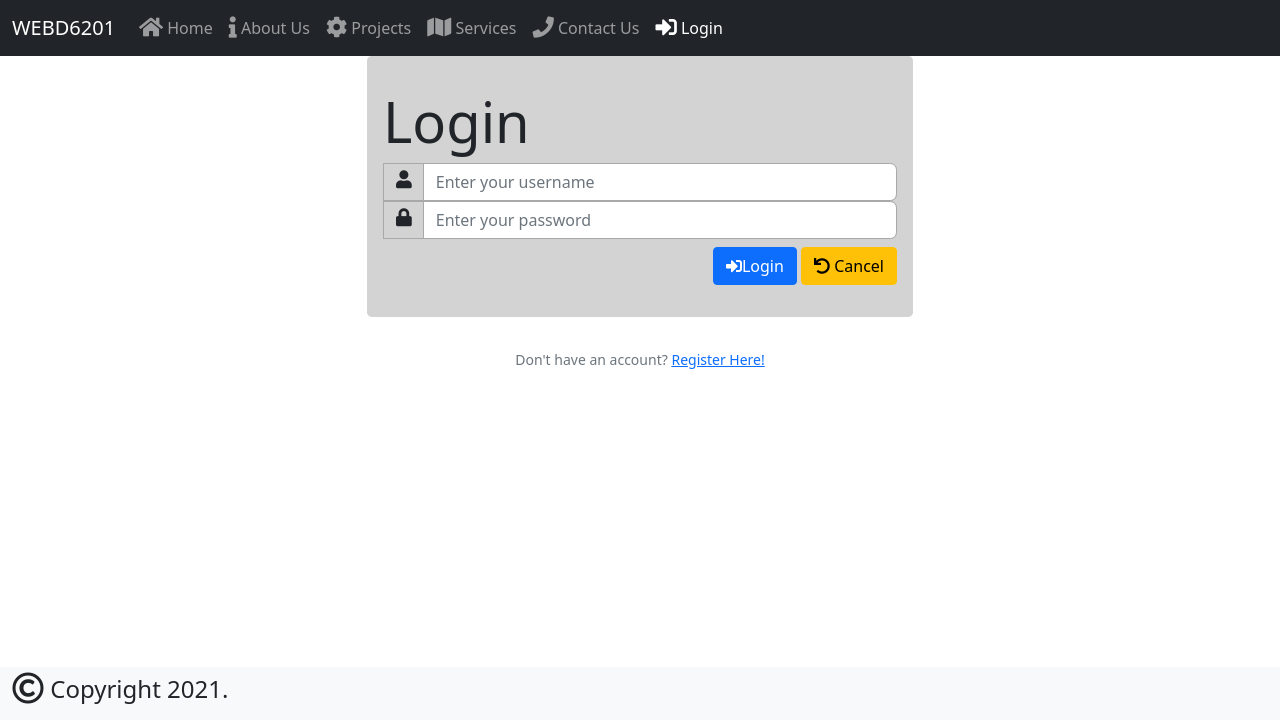
Repository: aphim/webd6201ICE6
Page: Views/content/login.html
An editor plug-in stored every save of this project. The page is shown before and after the next save, followed by the edit.
The browser window is 1280 px wide. The pictures show the whole page.

Above is the page before, as saved 2021-03-03 09:01:21.

### Views/content/login.html
<!DOCTYPE html>
<html lang="en">
<head>
    <meta charset="UTF-8">
    <meta name="viewport" content="width=device-width, initial-scale=1.0">
    <title>Login</title>
    <!-- CSS Section -->
    <link rel="stylesheet" href="./node_modules/bootstrap/dist/css/bootstrap.min.css">
    <link rel="stylesheet" href="./node_modules/@fortawesome/fontawesome-free/css/all.min.css">
    <link rel="stylesheet" href="./Content/app.css">

      <!--check is user is already logged in-->
    <script src="./Scripts/isLoggedin.js"></script>
</head>
<body>
    <!-- Main Header -->
    <header>
        <!-- Main Navigation -->
        <nav class="navbar navbar-expand-lg navbar-dark bg-dark">
            <div class="container-fluid">
              <a class="navbar-brand" href="index.html">WEBD6201</a>
              <button class="navbar-toggler" type="button" data-bs-toggle="collapse" data-bs-target="#navbarSupportedContent" aria-controls="navbarSupportedContent" aria-expanded="false" aria-label="Toggle navigation">
                <span class="navbar-toggler-icon"></span>
              </button>
              <div class="collapse navbar-collapse" id="navbarSupportedContent">
                <ul class="navbar-nav me-auto mb-2 mb-lg-0">
                  <li class="nav-item">
                    <a class="nav-link" aria-current="page" href="index.html"><i class="fas fa-home fa-lg"></i> Home</a>
                  </li>

                  <li class="nav-item">
                    <a class="nav-link" aria-current="page" href="about.html"><i class="fas fa-info fa-lg"></i> About Us</a>
                  </li>

                  <li class="nav-item">
                    <a class="nav-link" aria-current="page" href="projects.html"><i class="fas fa-cog fa-lg"></i> Projects</a>
                  </li>

                  <li class="nav-item">
                    <a class="nav-link" aria-current="page" href="services.html"><i class="fas fa-map fa-lg"></i> Services</a>
                  </li>

                  <li class="nav-item">
                    <a class="nav-link" aria-current="page" href="contact.html"><i class="fas fa-phone fa-lg"></i> Contact Us</a>
                  </li>
                  <li id="login" class="nav-item">
                    <a class="nav-link active" aria-current="page" href="login.html"><i class="fas fa-sign-in-alt fa-lg"></i> Login</a>
                  </li>
                </ul>
              </div>
            </div>
          </nav>
    </header>

    <!-- Main Content -->
    <main class="container" id="mainContent">
      <div class="row">
          <div class="offset-md-3 col-md-6 col-sm-12">
                <div class="login" id="contentArea">
                    <h1 class="display-4">Login</h1>
                    <div id="messageArea"></div>

                    <form id="loginForm" novalidate>
                      <div class="form-group">
                        <div class="input-group">
                          <span class="input-group-addon">
                            <i class="fa fa-user">
                            </i>
                          </span>
                          <input type="text" class="form-control" id="username" name="username"  required
                          value="" placeholder="Enter your username">
                        </div>

                      </div>

                      <div class="form-group mb-2">
                        <div class="input-group">
                          <span class="input-group-addon">
                            <i class="fa fa-lock">
                            </i>
                          </span>
                          <input type="password" class="form-control" id="password" name="password"  required
                          value="" placeholder="Enter your password">
                        </div>

                      </div>
                      <div class="text-end">
                        <button id="loginButton" type="button" class="btn btn-primary"><i class="fas fa-sign-in-alt"></i>Login</button>
                        <button id="cancelButton" type="button" class="btn btn-warning"><i class="fas fa-undo"></i> Cancel</button>
                      </div>
                    </form>

                </div>
                <p class="text-center text-muted small">
                  Don't have an account?
                  <a href="register.html">Register Here!</a>
                </p>
          </div>
      </div>
  </main>

    <!-- Main Footer -->
    <footer>
        <nav class="navbar fixed-bottom navbar-light bg-light">
            <div class="container-fluid">
              <h4><i class="far fa-copyright fa-lg"></i> Copyright 2021.</h4>
            </div>
          </nav>
    </footer>

    <!-- Script Section-->
    <script src="./node_modules/jquery/dist/jquery.min.js"></script>
    <script src="./node_modules/bootstrap/dist/js/bootstrap.bundle.min.js"></script>

    <script src="./Scripts/namespace.js"></script>
    <script src="./Scripts/user.js"></script>
    <script src="./Scripts/app.js"></script>
</body>
</html>

### Content/app.css
/* custom css goes here */
.input-group-addon:first-child
{
    border-right: 0;
}

.input-group-addon
{
    padding: 6px 12px;
    font-size: 14px;
    font-weight: 400;
    line-height: 1;
    text-align: center;
    border: 1px solid darkgrey;
    border-radius: 4xpx;
}

.input-group-addon .fa
{
    font-size: 18px;
}

.input-group .form-control
{
    position:relative;
    z-index: 2;
    float:left;
    margin-bottom: 0;
}

.input-group .form-control:last-child
{
    border-top-left-radius: 0;
    border-bottom-left-radius: 0;
}



.login
{
    padding: 2rem 1rem;
    margin-bottom: 2rem;
    background-color: lightgrey;
    border-radius: .3rem;
}

.login input
{
    background-color: white;
    border-color: darkgrey;
    border-radius: .4em;
    width: 100%;
}

### Scripts/isLoggedin.js
"use strict";

(() =>{

    //check if the user is logged in
    if(sessionStorage.getItem("user"))
    {
        //redirect
        location.href = "contact-list.html";
    }
})();

### Scripts/namespace.js

//namespace core
let core;

### Scripts/user.js
"use strict";
// User Class

((core)=>{
  class User {
    // getters and setters
    get DisplayName()
    {
      return this.m_displayName;
    }

    set DisplayName(value)
    {
      this.m_displayName = value;
    }

    get EmailAddress()
    {
      return this.m_emailAddress;
    }

    set EmailAddress(value)
    {
      this.m_emailAddress = value;
    }

    get Username()
    {
      return this.m_username;
    }

    set Username(value)
    {
      this.m_username = value;
    }

    get Password()
    {
      return this.m_password;
    }

    set Password(value)
    {
      this.m_password = value;
    }

    // constructor

    /**
     * Creates an instance of User
     * @param {*} [displayName=""]
     * @param {*} [emailAddress=""]
     * @param {*} [username=""]
     * @param {*} [password=""]
     */
    constructor(displayName = "",  emailAddress = "", username = "", password = "")
    {
      this.DisplayName = displayName;
      this.EmailAddress = emailAddress;
      this.Username = username;
      this.Password = password;
    }

    // methods

    /**
     * This method overrides the built-in toString method for the User class
     *
     * @returns {string}
     */
    toString()
    {
      return `Display Name     : ${this.DisplayName} \nEmail Address : ${this.EmailAddress} \nUsername : ${this.Username}`;
    }

    /**
     * This method returns a JSON object made up of the properties of the User class
     *
     * @returns {Object}
     */
    toJSON()
    {
      return {
        "DisplayName": this.DisplayName,
        "EmailAddress": this.EmailAddress,
        "Username": this.Username
      }
    }

    /**
     * This method user a JSON user into a data object
     * @param {object} data
     */
    fromJSON(data)
    {
      this.DisplayName = data.DisplayName;
      this.EmailAddress = data.EmailAddress;
      this.Username = data.Username;
      this.Password = data.Password;
    }

    /**
     * This method converts the User into a comma-separated value string
     *
     * @returns {string}
     */
    serialize()
    {
      if(this.DisplayName !== "" && this.EmailAddress !== "" && this.Username !== "")
      {
        return `${this.DisplayName},${this.EmailAddress},${this.Username}`;
      }
      else
      {
        console.error("One or more properties of the User is empty");
        return null;
      }
    }

    /**
     * This method takes a comma-separated data string and assigns the values to the User class properties
     *
     * @param {string} data
     * @return {void}
     */
    deserialize(data)
    {
      let propertyArray = data.split(",");
      this.DisplayName = propertyArray[0];
      this.EmailAddress = propertyArray[1];
      this.Username = propertyArray[2];
    }
  }

core.User = User;

})(core || (core={}));

### Scripts/app.js
/* custom JavaScript goes here */

//IIFE - Immediately Invoked Function Expression
//AKA - Anonymous Self-Executing Function
//Closure - limits scope leak

"use strict";

((core) =>
{
  /**
   * inject the navigation bar into the header element and highlight active link based on page link
   * @param {string} pageName
   */
  function loadHeader(pageName)
  {
    $.get("./Views/components/header.html", function(data)
    {
      $("header").html(data);
      $(`#${pageName}`).addClass("active");


    });
  }
    /**
     * injects the content elements into a page
     * @param {string} pageName
     */
  function loadContent(pageName)
  {
      //inject the content
      $.get(`./Views/content/${pageName}.html`, function(data)
      {
        $("main").html(data);
      });

  }

  function loadFooter()
  {
 //inject the footer
 $.get("./Views/components/footer.html", function(data)
 {
   $("footer").html(data);
 });

  }

    function displayHome()
    {
      loadHeader("home");
      loadContent("home");
      loadFooter();


    }

    function displayAbout()
    {

    }

    function displayProjects()
    {

    }

    function displayServices()
    {

    }

    function testFullName()
    {
      let messageArea = $("#messageArea").hide();
      let fullNamePattern = /([A-Z][a-z]{1,25})+(\s|,|-)([A-Z][a-z]{1,25})+(\s|,|-)*/;


        $("#fullName").on("blur", function()
        {
          if(!fullNamePattern.test($(this).val()))
          {
            $(this).trigger("focus").trigger("select");
            messageArea.show().addClass("alert alert-danger").text("Please enter a valid Full Name. This must include at least a Capitalized first name followed by a Capitlalized last name.");
          }
          else
          {
              messageArea.removeAttr("class").hide();
          }
        });
    }

    function testContactNumber()
    {
      let messageArea = $("#messageArea");
      let contactNumberPattern = /^(\+\d{1,2}\s)?\(?\d{3}\)?[\s.-]?\d{3}[\s.-]?\d{4}$/;

        $("#contactNumber").on("blur", function()
        {
          if(!contactNumberPattern.test($(this).val()))
          {
            $(this).trigger("focus").trigger("select");
            messageArea.show().addClass("alert alert-danger").text("Please enter a valid Contact Number. Country code and area code are both optional");
          }
          else
          {
              messageArea.removeAttr("class").hide();
          }
        });
    }

    function testEmailAddress()
    {
      let messageArea = $("#messageArea");
      let emailAddressPattern = /^([a-zA-Z0-9._%-]+@[a-zA-Z0-9.-]+\.[a-zA-Z]{2,6})*$/;
      //let emailAddressPattern = /^([a-zA-Z0-9._%-]{8,20}@[a-zA-Z0-9.-]+\.[a-zA-Z]{2,6})*$/;

        $("#emailAddress").on("blur", function()
        {
          if(!emailAddressPattern.test($(this).val()))
          {
            $(this).trigger("focus").trigger("select");
            messageArea.show().addClass("alert alert-danger").text("Please enter a valid Email Address.");
          }
          else
          {
              messageArea.removeAttr("class").hide();
          }
        });
    }

    function formValidation()
    {
      testFullName();
      testContactNumber();
      testEmailAddress();
    }

    function displayContact()
    {
      // form validation
      formValidation();

        $("#sendButton").on("click", (event)=>
        {
          if($("#subscribeCheckbox")[0].checked)
          {
            let contact = new core.Contact(fullName.value, contactNumber.value, emailAddress.value);

            if(contact.serialize())
            {
              let key = contact.FullName.substring(0, 1) + Date.now();

              localStorage.setItem(key, contact.serialize());
            }
          }
        });
    }

    function displayContactList()
    {

      $("#contactListLink").attr("class", "nav-link active");

      if (localStorage.length > 0)
      {

        //document.getElementById("contactListLink").setAttribute("class", "nav-link active");

        let contactList = document.getElementById("contactList");

        let data = "";

        let keys = Object.keys(localStorage);

        let index = 1;

        for (const key of keys)
        {
          let contactData = localStorage.getItem(key);

          let contact = new core.Contact();
          contact.deserialize(contactData);

          data += `<tr>
          <th scope="row" class="text-center">${index}</th>
          <td>${contact.FullName}</td>
          <td>${contact.ContactNumber}</td>
          <td>${contact.EmailAddress}</td>
          <td class="text-center"><button value="${key}" class="btn btn-primary btn-sm edit"><i class="fas fa-edit fa-sm"></i> Edit</button></td>
          <td class="text-center"><button value="${key}" class="btn btn-danger btn-sm delete"><i class="fas fa-trash-alt fa-sm"></i> Delete</button></td>
          </tr>`;

          index++;
        }

        contactList.innerHTML = data;

        $("button.edit").on("click", function(){
          location.href = "edit.html#" + $(this).val();
         });

         $("button.delete").on("click", function(){
           if(confirm("Are you sure?"))
           {
            localStorage.removeItem($(this).val());
           }
           location.href = "contact-list.html"; // refresh the page
         });

         $("#addButton").on("click", function()
         {
          location.href = "edit.html";
         });
      }
    }

    function displayEdit()
    {
      let key = location.hash.substring(1);

      let contact = new core.Contact();

      // check to ensure that the key is not empty
      if(key != "")
      {
        // get contact info from localStorage
        contact.deserialize(localStorage.getItem(key));

        // display contact information in the form
        $("#fullName").val(contact.FullName);
        $("#contactNumber").val(contact.ContactNumber);
        $("#emailAddress").val(contact.EmailAddress);
      }
      else
      {
        // modify the page so that it shows "Add Contact" in the header
        $("main>h1").text("Add Contact");
        // modify edit button so that it shows "Add" as well as the appropriate icon
        $("#editButton").html(`<i class="fas fa-plus-circle fa-lg"></i> Add`);
      }

      // form validation
      formValidation();

     $("#editButton").on("click", function()
        {
            // check to see if key is empty
          if(key == "")
          {
            // create a new key
            key = contact.FullName.substring(0, 1) + Date.now();
          }

          // copy contact info from form to contact object
          contact.FullName = $("#fullName").val();
          contact.ContactNumber = $("#contactNumber").val();
          contact.EmailAddress = $("#emailAddress").val();

          // add the contact info to localStorage
          localStorage.setItem(key, contact.serialize());

          // return to the contact list
          location.href = "contact-list.html";

        });


      $("#cancelButton").on("click", function()
      {
        // return to the contact list
        location.href = "contact-list.html";
      });
    }

    function displayLogin()
    {
      let messageArea = $("#messageArea");
      messageArea.hide();

      $("#loginButton").on("click", function()
      {

        let username = $("#username");
        let password = $("#password");
        let success = false;
        let newUser = new core.User();

        //use ajax to access the json file
        $.get("./Data/users.json", function(data)
        {
          //check each user in the user.json file
          for(const user of data.users)
          {
            if(username.val() == user.Username && password.val() == user.Password)
            {
              newUser.fromJSON(user);
              success = true;
              break;
            }
          }
          //if username and password matches - success
          if(success)
          {
            //add user to session storage
            sessionStorage.setItem("user", newUser.serialize());

            //hide the messageArea
            messageArea.removeAttr("class").hide();

            //redirect user to secure area
            location.href = "contact-list.html";
          }
          else
          {
            //display an error message
            username.trigger("focus").trigger("select");
            messageArea.show().addClass("alert alert-danger").text("Error: Invalid login information");
          }
        });
      });

      $("#cancelButton").on("click", function()
      {
        document.forms[0].reset();
        // return to the contact list
        location.href = "index.html";
      });
    }

    function displayRegister()
    {

    }

    function toggleLogout()
    {
              //if user is logged in
              if(sessionStorage.getItem("user"))
              {
                //swap out login with logout
                $("#login").html(
                  `<a id="logout" class="nav-link" aria-current="page" href="#"><i class="fas fa-sign-out-alt fa-lg"></i> Logout</a>`
                );

                $("#logout").on("click", function()
                {
                  //perform logout
                  sessionStorage.clear();

                  //redirect to login
                  location.href = "login.html";
                });

                $(`<li class="nav-item">
                <a id="contactListLink" class="nav-link" aria-current="page" href="contact-list.html"><i class="fas fa-users fa-lg"></i> Contact List</a>
                </li>`).insertBefore("#login");

              }
    }


    function Start()
    {
        console.log("App Started...");

        switch (document.title)
        {
          case "Home":
              displayHome();
            break;
          case "About":
              displayAbout();
            break;
          case "Projects":
              displayProjects();
            break;
          case "Services":
              displayServices();
            break;
          case "Contact":
              displayContact();
            break;
          case "Contact-List":
            displayContactList();
            break;
          case "Edit":
            displayEdit();
            break;
          case "Login":
            displayLogin();
          break;
          case "Register":
            displayRegister();
          break;
        }

        //toggle login
        toggleLogout();


    }

    window.addEventListener("load", Start);

    core.Start = Start;

})(core || (core={}));

Loaded but not shown: node_modules/bootstrap/dist/css/bootstrap.min.css (library); node_modules/@fortawesome/fontawesome-free/css/all.min.css (library); node_modules/jquery/dist/jquery.min.js (library); node_modules/bootstrap/dist/js/bootstrap.bundle.min.js (library)

After the next save:
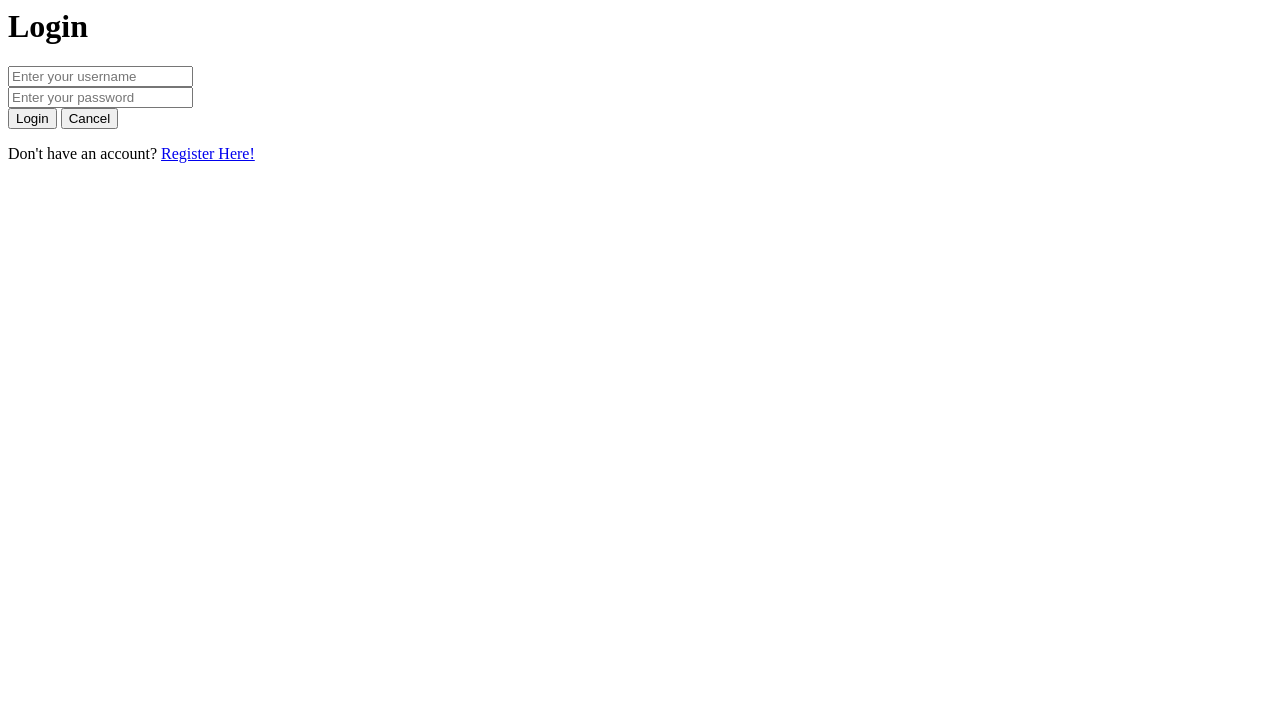
Saved 23 s later.
--- a/Views/content/login.html
+++ b/Views/content/login.html
@@ -1,58 +1,3 @@
-<!DOCTYPE html>
-<html lang="en">
-<head>
-    <meta charset="UTF-8">
-    <meta name="viewport" content="width=device-width, initial-scale=1.0">
-    <title>Login</title>
-    <!-- CSS Section -->
-    <link rel="stylesheet" href="./node_modules/bootstrap/dist/css/bootstrap.min.css">
-    <link rel="stylesheet" href="./node_modules/@fortawesome/fontawesome-free/css/all.min.css">
-    <link rel="stylesheet" href="./Content/app.css">
-
-      <!--check is user is already logged in-->
-    <script src="./Scripts/isLoggedin.js"></script>
-</head>
-<body>
-    <!-- Main Header -->
-    <header>
-        <!-- Main Navigation -->
-        <nav class="navbar navbar-expand-lg navbar-dark bg-dark">
-            <div class="container-fluid">
-              <a class="navbar-brand" href="index.html">WEBD6201</a>
-              <button class="navbar-toggler" type="button" data-bs-toggle="collapse" data-bs-target="#navbarSupportedContent" aria-controls="navbarSupportedContent" aria-expanded="false" aria-label="Toggle navigation">
-                <span class="navbar-toggler-icon"></span>
-              </button>
-              <div class="collapse navbar-collapse" id="navbarSupportedContent">
-                <ul class="navbar-nav me-auto mb-2 mb-lg-0">
-                  <li class="nav-item">
-                    <a class="nav-link" aria-current="page" href="index.html"><i class="fas fa-home fa-lg"></i> Home</a>
-                  </li>
-
-                  <li class="nav-item">
-                    <a class="nav-link" aria-current="page" href="about.html"><i class="fas fa-info fa-lg"></i> About Us</a>
-                  </li>
-
-                  <li class="nav-item">
-                    <a class="nav-link" aria-current="page" href="projects.html"><i class="fas fa-cog fa-lg"></i> Projects</a>
-                  </li>
-
-                  <li class="nav-item">
-                    <a class="nav-link" aria-current="page" href="services.html"><i class="fas fa-map fa-lg"></i> Services</a>
-                  </li>
-
-                  <li class="nav-item">
-                    <a class="nav-link" aria-current="page" href="contact.html"><i class="fas fa-phone fa-lg"></i> Contact Us</a>
-                  </li>
-                  <li id="login" class="nav-item">
-                    <a class="nav-link active" aria-current="page" href="login.html"><i class="fas fa-sign-in-alt fa-lg"></i> Login</a>
-                  </li>
-                </ul>
-              </div>
-            </div>
-          </nav>
-    </header>
-
-    <!-- Main Content -->
     <main class="container" id="mainContent">
       <div class="row">
           <div class="offset-md-3 col-md-6 col-sm-12">
@@ -98,22 +43,3 @@
           </div>
       </div>
   </main>
-
-    <!-- Main Footer -->
-    <footer>
-        <nav class="navbar fixed-bottom navbar-light bg-light">
-            <div class="container-fluid">
-              <h4><i class="far fa-copyright fa-lg"></i> Copyright 2021.</h4>
-            </div>
-          </nav>
-    </footer>
-
-    <!-- Script Section-->
-    <script src="./node_modules/jquery/dist/jquery.min.js"></script>
-    <script src="./node_modules/bootstrap/dist/js/bootstrap.bundle.min.js"></script>
-
-    <script src="./Scripts/namespace.js"></script>
-    <script src="./Scripts/user.js"></script>
-    <script src="./Scripts/app.js"></script>
-</body>
-</html>
